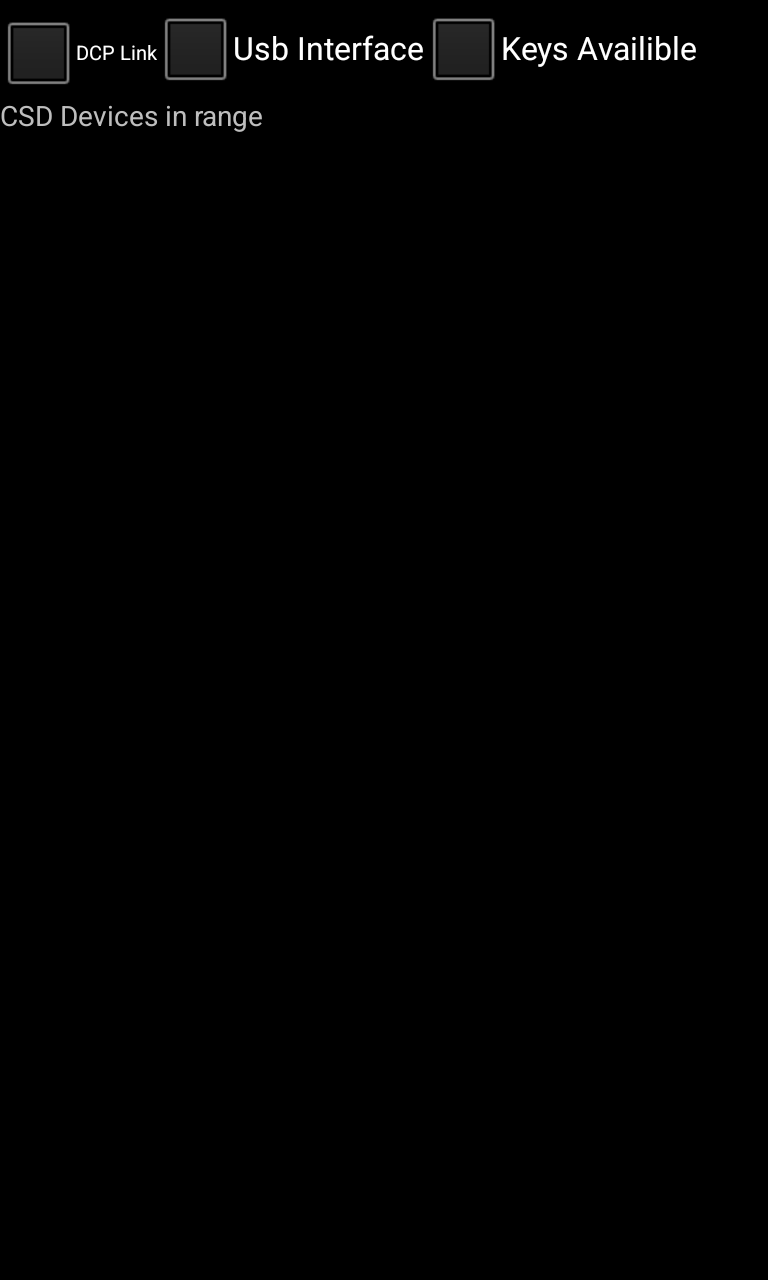
Repository: sergioenriquez/CSTE
Layout: HNAD/res/layout/devicelist.xml
These files come from the project's save history. The layout is drawn as it stood at one moment and after the next save; the edit follows.
It is drawn on a 768 x 1280 px phone screen (xhdpi) without system bars, with theme android:Theme.NoTitleBar; the app's code is not run. Lists and similar views that code fills are empty.

Above is the layout before, as saved 2011-12-18 03:32:52.

After the next save:
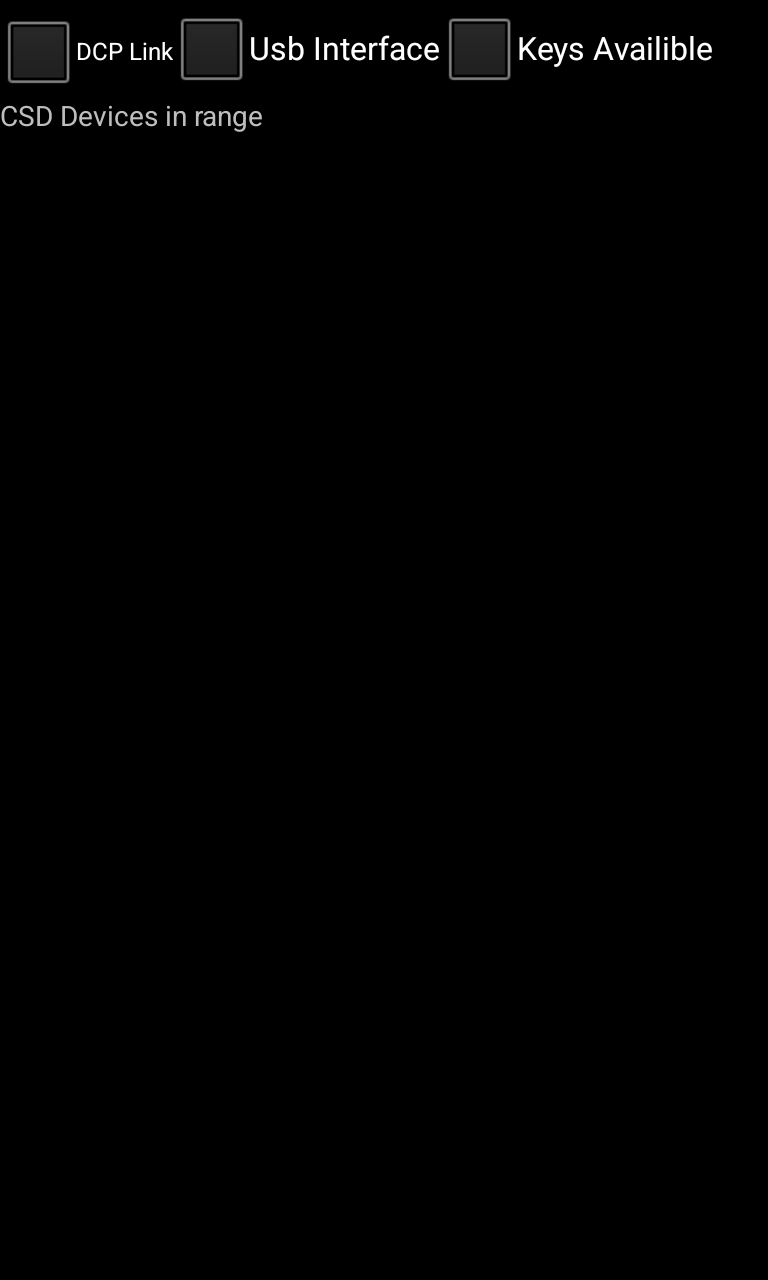
Saved 12 s later.
--- a/HNAD/res/layout/devicelist.xml
+++ b/HNAD/res/layout/devicelist.xml
@@ -11,7 +11,7 @@
         <CheckBox
 	        android:id="@+id/dcplink"
 	        android:text="DCP Link"
-	        android:textSize="10"
+	        android:textSize="12"
 	        android:layout_width="wrap_content"
 			android:layout_height="wrap_content"/>
         <CheckBox
